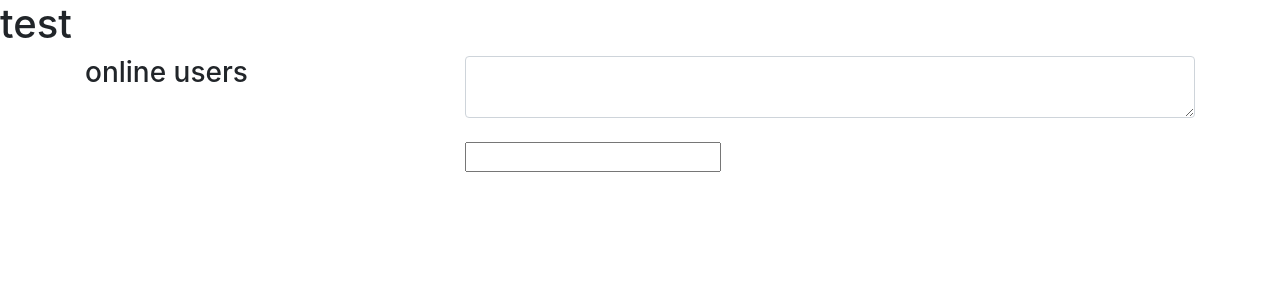
Repository: lakitha96/chat-socket.io
Page: index.html
These files come from the project's save history. The page is drawn as it stood at one moment and after a run of saves; the edit follows.
The browser window is 1280 px wide. The pictures show the whole page.
Some web libraries are served in a nearby version.

Above is the page before, as saved 2018-07-17 15:25:46.
Not found: js/scripts.js

After the next 4 saves:
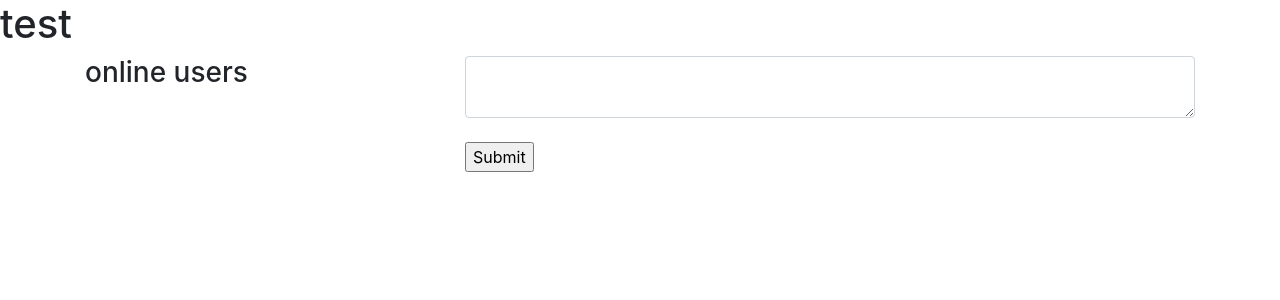
The 4 saves are shown as one change because they came seconds apart.
The last was saved 12 s later.
--- a/index.html
+++ b/index.html
@@ -37,7 +37,7 @@
             <div class="form-group">
               <textarea id="message" class="form-control"></textarea>
             </br>
-            <input b
+            <input type="submit"
               </div>
               </div>
             </div>
